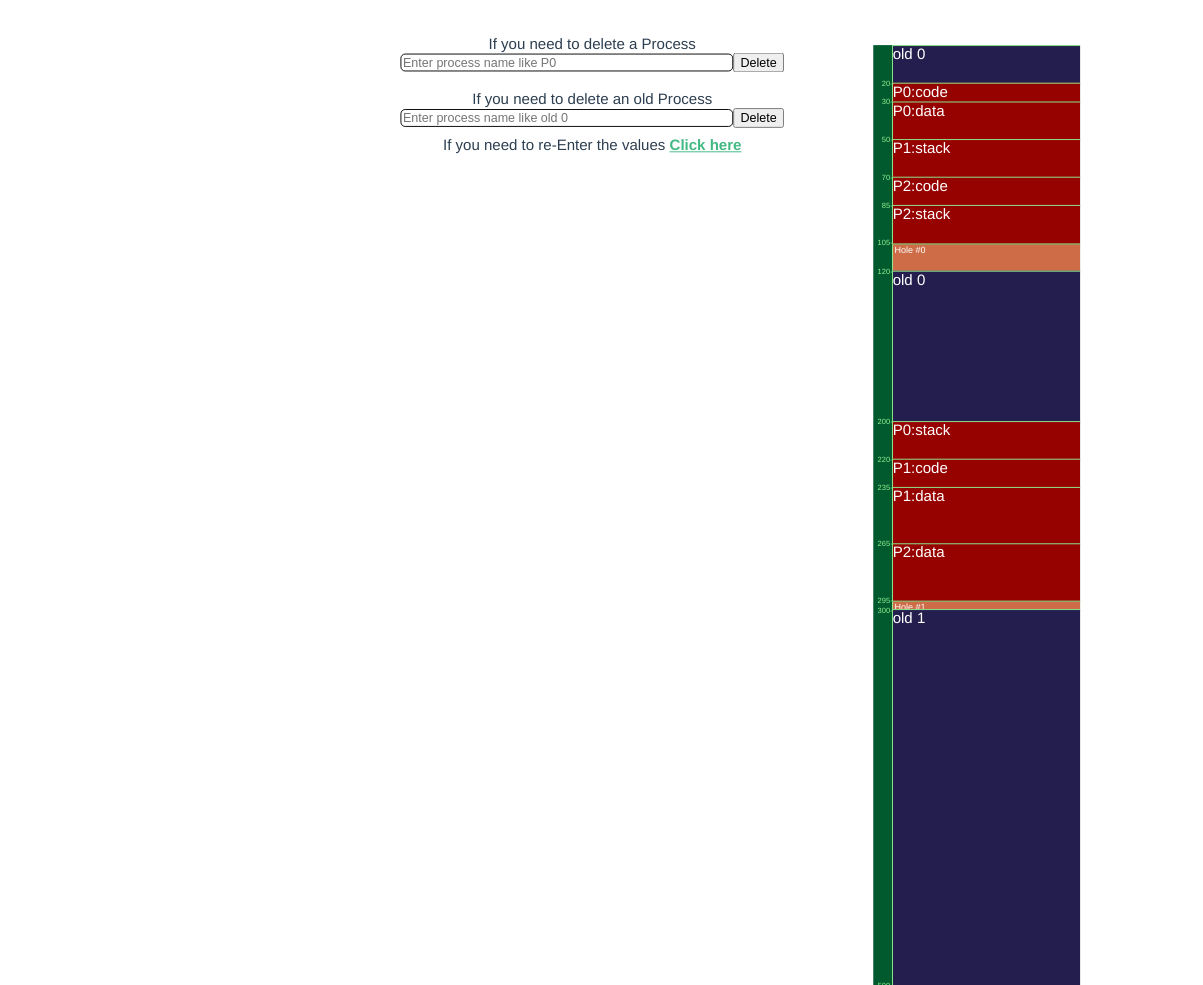
Repository: atout811/memory-allocation-project
Page: /#/final
An editor plug-in stored every save of this project. The page is shown before and after the next save, followed by the edit.
The browser window is 1280 px wide. The pictures show the whole page, at 94% of full size.
The project was rebuilt for these pictures with package versions that can differ from the ones it lists, and the page was loaded fresh each time. Also part of the build but not shown: src/views/MemoryAndHoles.vue, src/views/Process.vue, src/views/Methods.vue.

Above is the page before, as saved 2021-06-10 17:52:29.
Console error (its wording comes from the project's code and is left out).

After the next save:
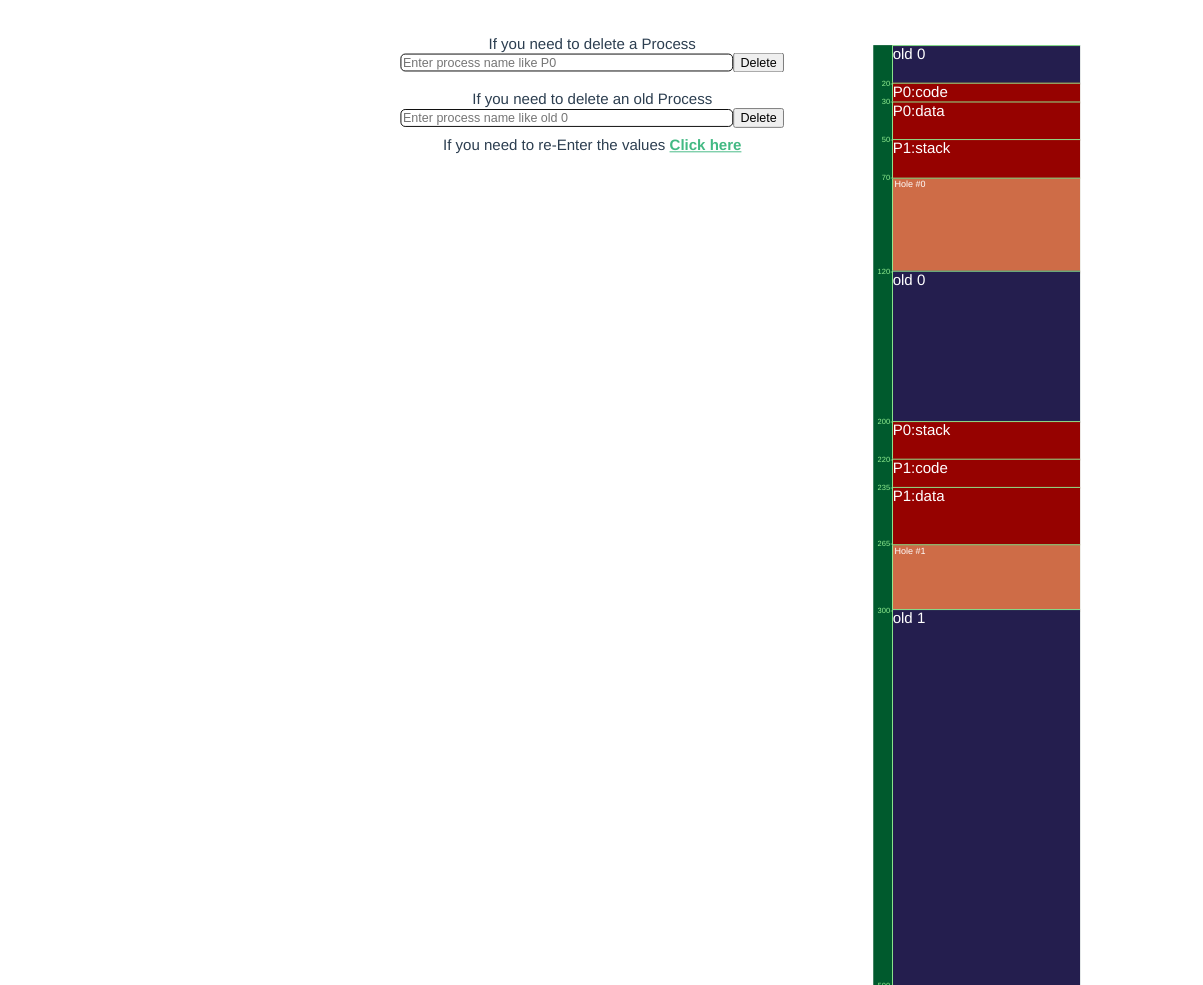
The error is gone.
Saved 39 s later.
--- a/src/views/Final.vue
+++ b/src/views/Final.vue
@@ -710,7 +710,7 @@ export default {
       renderProcess();
     }
     render();
-    deleteProcess("p2", false);
+    deleteProcess("P2", false);
     // deleteProcess("p1",false)
     // deleteProcess("p4",false)
   },
